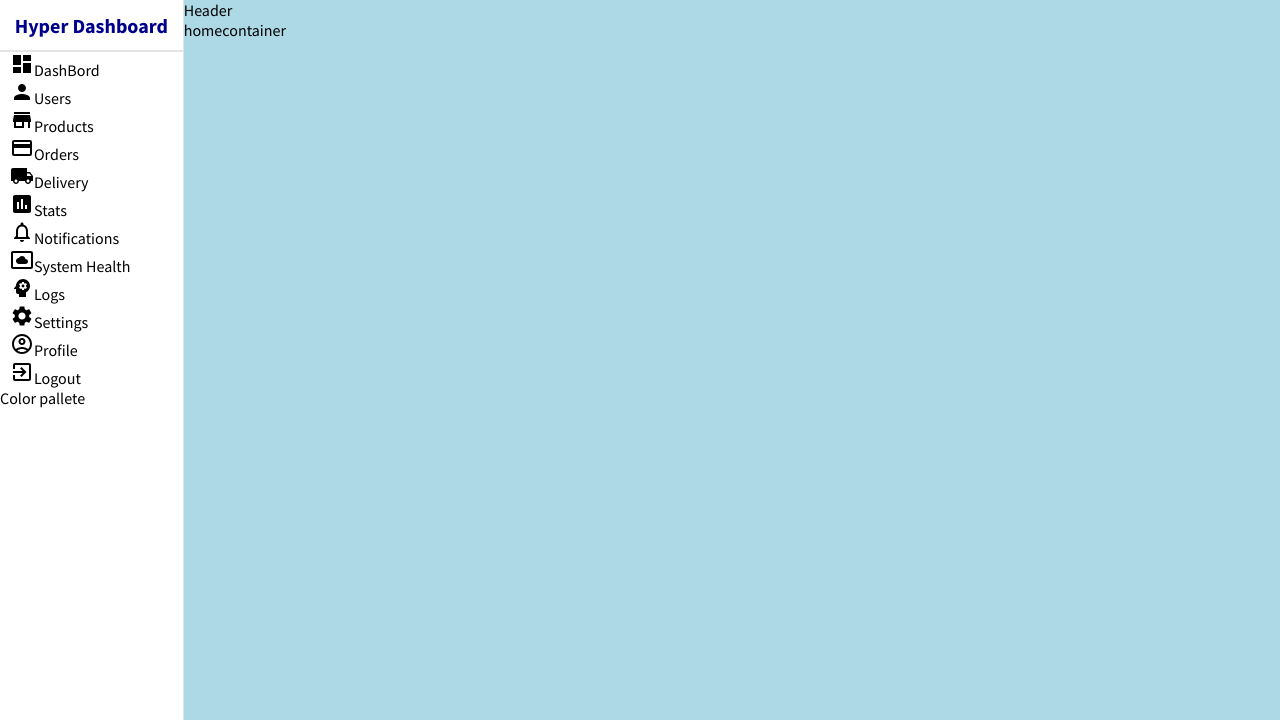
Repository: kenyi-mic/DashBoard
Page: /
An editor plug-in stored every save of this project. The page is shown before and after the next save, followed by the edit.
The browser window is 1280 px wide. The pictures show the whole page.
The project was rebuilt for these pictures with package versions that can differ from the ones it lists, and the page was loaded fresh each time. Also part of the build but not shown: src/components/Header/header.scss, src/pages/list/List.jsx. Imported but missing from the stored project, and not drawn on this page: src/pages/login/Login, src/pages/new/New, src/pages/single/Single.

Above is the page before, as saved 2022-05-17 11:00:42.

### public/index.html
<!DOCTYPE html>
<html lang="en">

<head>
  <meta charset="utf-8" />
  <meta name="viewport" content="width=device-width, initial-scale=1" />
  <meta name="theme-color" content="#000000" />
  <meta name="description" content="Web site created using create-react-app" />
  <link rel="preconnect" href="https://fonts.googleapis.com">
  <link rel="preconnect" href="https://fonts.gstatic.com" crossorigin>
  <link
    href="https://fonts.googleapis.com/css2?family=Nunito:wght@200;300;400;500;600;700;800;900&family=Source+Sans+Pro:wght@200;300;400;600;700;900&display=swap"
    rel="stylesheet">
  <title>Hyper Dashboard</title>
  <style>
    * {
      margin: 0;
      font-family: 'Nunito', sans-serif;
      font-family: 'Source Sans Pro', sans-serif;
    }
  </style>
</head>

<body>
  <div id="root"></div>

</body>

</html>

### src/App.js
import { BrowserRouter, Routes, Route } from "react-router-dom";
import Home from "./pages/home/Home";
import Login from "./pages/login/Login";
import List from "./pages/list/List";
import Single from "./pages/single/Single";
import New from "./pages/new/New";

function App() {
  return (
    <div className="App">
      <BrowserRouter>
        <Routes>
          <Route path="/">
            <Route index element={<Home />} />
            <Route path="login" element={<Login />} />
            <Route path="users">
              <Route index element={<List />} />
              <Route path=":userId" element={<Single />} />
              <Route path="new" element={<New />} />
            </Route>
            <Route path="products">
              <Route index element={<List />} />
              <Route path=":productId" element={<Single />} />
              <Route path="new" element={<New />} />
            </Route>
          </Route>
        </Routes>
      </BrowserRouter>
    </div>
  );
}

export default App;

### src/pages/home/Home.jsx
import React from "react";
import Header from "../../components/Header/Header";
import Sidebar from "../../components/sidebar/Sidebar";
import "./home.scss";

function Home() {
  return (
    <div className="home">
      <Sidebar />
      <div className="homeContainer">
        <Header />
        homecontainer
      </div>
    </div>
  );
}

export default Home;

### src/components/Header/Header.jsx
import React from 'react'
import './header.scss'

function Header() {
  return (
    <div className="header">Header</div>
  )
}

export default Header

### src/components/sidebar/Sidebar.jsx
import React from "react";
import "./sidebar.scss";
import DashboardIcon from "@mui/icons-material/Dashboard";
import PersonIcon from "@mui/icons-material/Person";
import StoreIcon from "@mui/icons-material/Store";
import LocalShippingIcon from "@mui/icons-material/LocalShipping";
import PaymentIcon from "@mui/icons-material/Payment";
import InsertChartIcon from "@mui/icons-material/InsertChart";
import NotificationsNoneIcon from "@mui/icons-material/NotificationsNone";
import SettingsSystemDaydreamIcon from "@mui/icons-material/SettingsSystemDaydream";
import PsychologyIcon from "@mui/icons-material/Psychology";
import SettingsIcon from "@mui/icons-material/Settings";
import AccountCircleOutlinedIcon from "@mui/icons-material/AccountCircleOutlined";
import ExitToAppOutlinedIcon from "@mui/icons-material/ExitToAppOutlined";

function Sidebar() {
  return (
    <div className="sidebar">
      <div className="top">
        <span className="logo">Hyper Dashboard</span>
      </div>
      <hr className="ruler" />
      <div className="center">
        <ul className="list-group">
          <li>
            <DashboardIcon />
            <span>DashBord</span>
          </li>
          <li>
            <PersonIcon />
            <span>Users</span>
          </li>
          <li>
            <StoreIcon />
            <span>Products</span>
          </li>
          <li>
            <PaymentIcon />
            <span>Orders</span>
          </li>
          <li>
            <LocalShippingIcon />
            <span>Delivery</span>
          </li>
          <li>
            <InsertChartIcon />
            <span>Stats</span>
          </li>
          <li>
            <NotificationsNoneIcon />
            <span>Notifications</span>
          </li>
          <li>
            <SettingsSystemDaydreamIcon />
            <span>System Health</span>
          </li>
          <li>
            <PsychologyIcon />
            <span>Logs</span>
          </li>
          <li>
            <SettingsIcon />
            <span>Settings</span>
          </li>
          <li>
            <AccountCircleOutlinedIcon />
            <span>Profile</span>
          </li>
          <li>
            <ExitToAppOutlinedIcon />
            <span>Logout</span>
          </li>
        </ul>
      </div>
      <div className="bottom">Color pallete</div>
    </div>
  );
}

export default Sidebar;

### src/pages/home/home.scss
.home{
    display: flex;
    .homeContainer{
        background-color: lightblue;
        flex:6;
    }
}

### src/components/sidebar/sidebar.scss
.sidebar{
    flex: 1;
    border-right: 0.5px solid rgb(230, 227, 227);
    min-height: 100vh;
    background-color:white !important;
    .top{
        height:50px;
        display: flex;
        align-items: center;
        justify-content: center;
        .logo{
            font-size: 20px;
            font-weight: bold;
            color: darkblue;
        }
    }
    hr{
        height: 0px;
        border: 0.5px solid rgb(230, 227, 227);
    }

    .center{
        padding-left: 10px;
        ul{
            list-style: none;
            margin: 0px;
            padding: 0px;

        }
    }
}

Loaded but not shown: src/index.js (common file); src/pages/list/list.scss (no stored copy; drawn as an empty file)

After the next save:
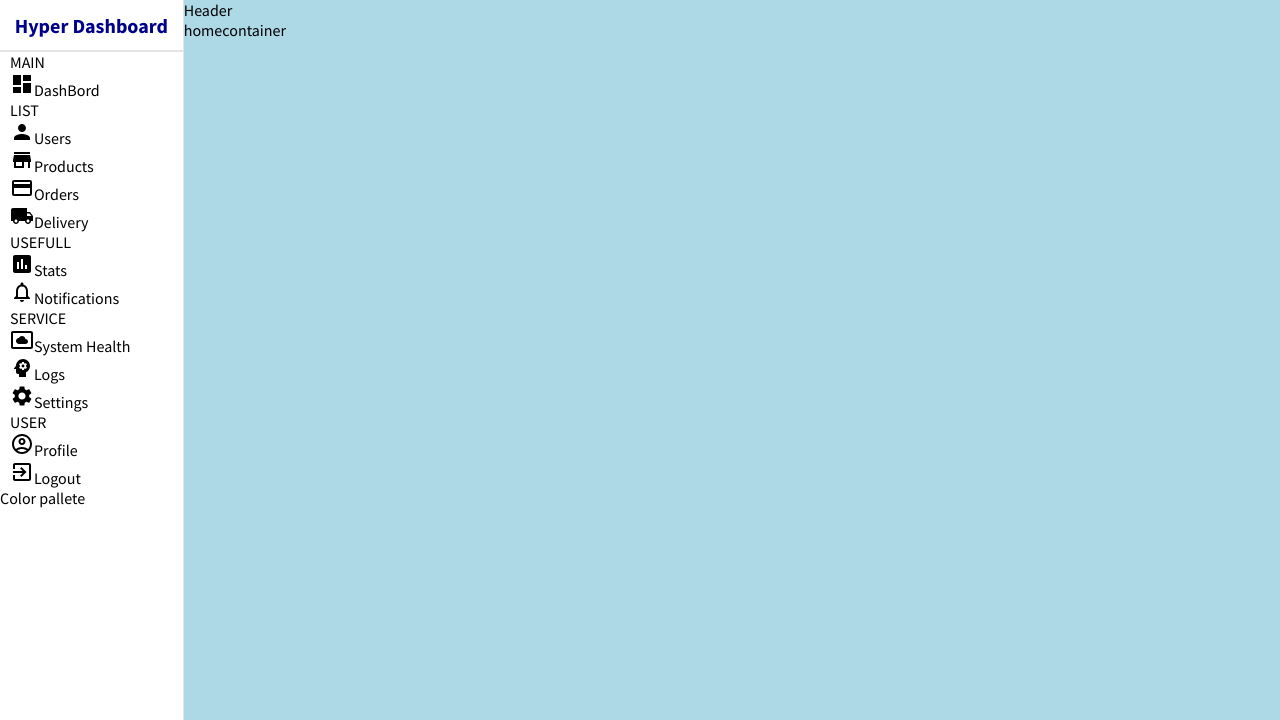
Saved 6 min 25 s later.
--- a/src/components/sidebar/Sidebar.jsx
+++ b/src/components/sidebar/Sidebar.jsx
@@ -22,10 +22,12 @@ function Sidebar() {
       <hr className="ruler" />
       <div className="center">
         <ul className="list-group">
+          <p className="title">MAIN</p>
           <li>
             <DashboardIcon />
             <span>DashBord</span>
           </li>
+          <p className="title">LIST</p>
           <li>
             <PersonIcon />
             <span>Users</span>
@@ -42,6 +44,7 @@ function Sidebar() {
             <LocalShippingIcon />
             <span>Delivery</span>
           </li>
+          <p className="title">USEFULL</p>
           <li>
             <InsertChartIcon />
             <span>Stats</span>
@@ -50,6 +53,7 @@ function Sidebar() {
             <NotificationsNoneIcon />
             <span>Notifications</span>
           </li>
+          <p className="title">SERVICE</p>
           <li>
             <SettingsSystemDaydreamIcon />
             <span>System Health</span>
@@ -62,6 +66,7 @@ function Sidebar() {
             <SettingsIcon />
             <span>Settings</span>
           </li>
+          <p className="title">USER</p>
           <li>
             <AccountCircleOutlinedIcon />
             <span>Profile</span>
